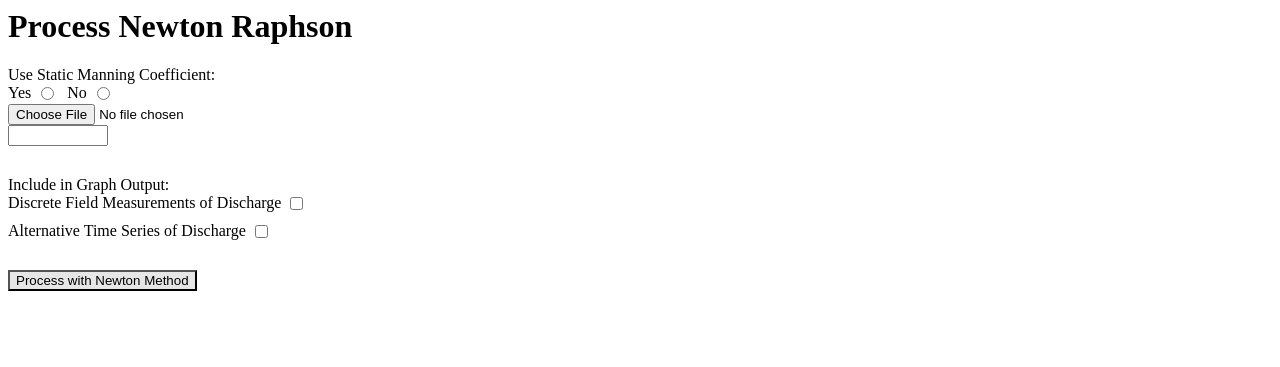
Repository: shape87/FloodAnalysis
Page: FloodAnalysis27/Web/templates/process.html
These files come from the project's save history. The page is drawn as it stood at one moment and after the next save; the edit follows.
The browser window is 1280 px wide. The pictures show the whole page.

Above is the page before, as saved 2017-01-24 19:05:18.

### FloodAnalysis27/Web/templates/process.html
<h1>Process Newton Raphson</h1>
<form id="process_newton" method="post" >
	<div class="form-group">
		  <label>Use Static Manning Coefficient:</label><br />
		  <div style="height: 20px">
		  <label style="float:left; margin-right: 5px">Yes</label>
		  <input style="float:left" type="radio" name="manning" class="manning_radio" id="static_manning" />

		  <label style="float:left; margin-left: 10px; margin-right: 5px">No</label>
		  <input style="float:left" type="radio" name="manning" class="manning_radio" id="table_manning" />
		  </div>
	 </div>

	 <div id="table_calc">
	 	<div class="form-group">
		  <input id="manning_file" type="file" name="manning_file" />
	 	</div>
	 </div>

	 <div id="static_calc">
	 	<div class="form-group">
		  <input style="width: 100px" type="text" class="form-control"
		  id="manning_coef" name="manning_coef" />
		</div>
	 </div>

	 <div style="margin: 30px 0px" class="form-group">
		  <label>Include in Graph Output:</label><br />
		  <div style="height: 10px">
			  <label style="font-weight: normal; float:left; margin-right: 5px">Discrete Field Measurements of Discharge</label>
			  <input style="float:left" type="checkbox" name="manning" class="manning_radio" id="discrete_output" />
		  </div>
		  <br />
		  <div>
			  <label style="font-weight: normal; float:left; margin-right: 5px">Alternative Time Series of Discharge</label>
			  <input style="float:left" type="checkbox" name="manning" class="manning_radio" id="alt_output" />
		  </div>
	 </div>

	<br />
	<div class="form-group">
		<input style="background-color: #e6e6e6" type="submit"
		class="btn btn-default" value="Process with Newton Method" />
	</div>
</form>
<div class="form-group">
		<a style="display:none" id="flow_table_download" href="/download_flow_table"><button id="flow_table_download" style="background-color: #e6e6e6"
		class="btn btn-default" >Download Flow Table</button></a>
</div>

After the next save:
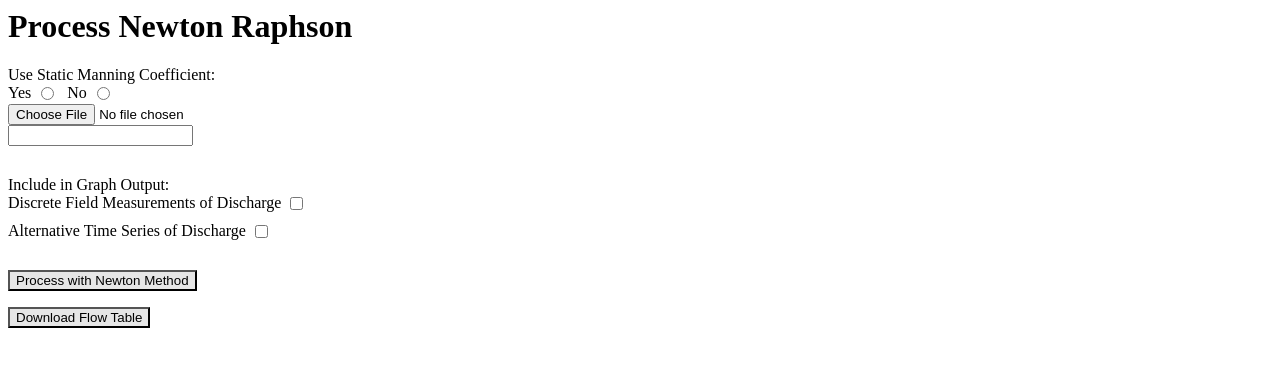
Saved 10 s later.
--- a/FloodAnalysis27/Web/templates/process.html
+++ b/FloodAnalysis27/Web/templates/process.html
@@ -19,7 +19,7 @@
 
 	 <div id="static_calc">
 	 	<div class="form-group">
-		  <input style="width: 100px" type="text" class="form-control"
+		  <input type="text" class="form-control width100"
 		  id="manning_coef" name="manning_coef" />
 		</div>
 	 </div>
@@ -44,6 +44,6 @@
 	</div>
 </form>
 <div class="form-group">
-		<a style="display:none" id="flow_table_download" href="/download_flow_table"><button id="flow_table_download" style="background-color: #e6e6e6"
+		<a id="flow_table_download" href="/download_flow_table"><button id="flow_table_download" style="background-color: #e6e6e6"
 		class="btn btn-default" >Download Flow Table</button></a>
 </div>
